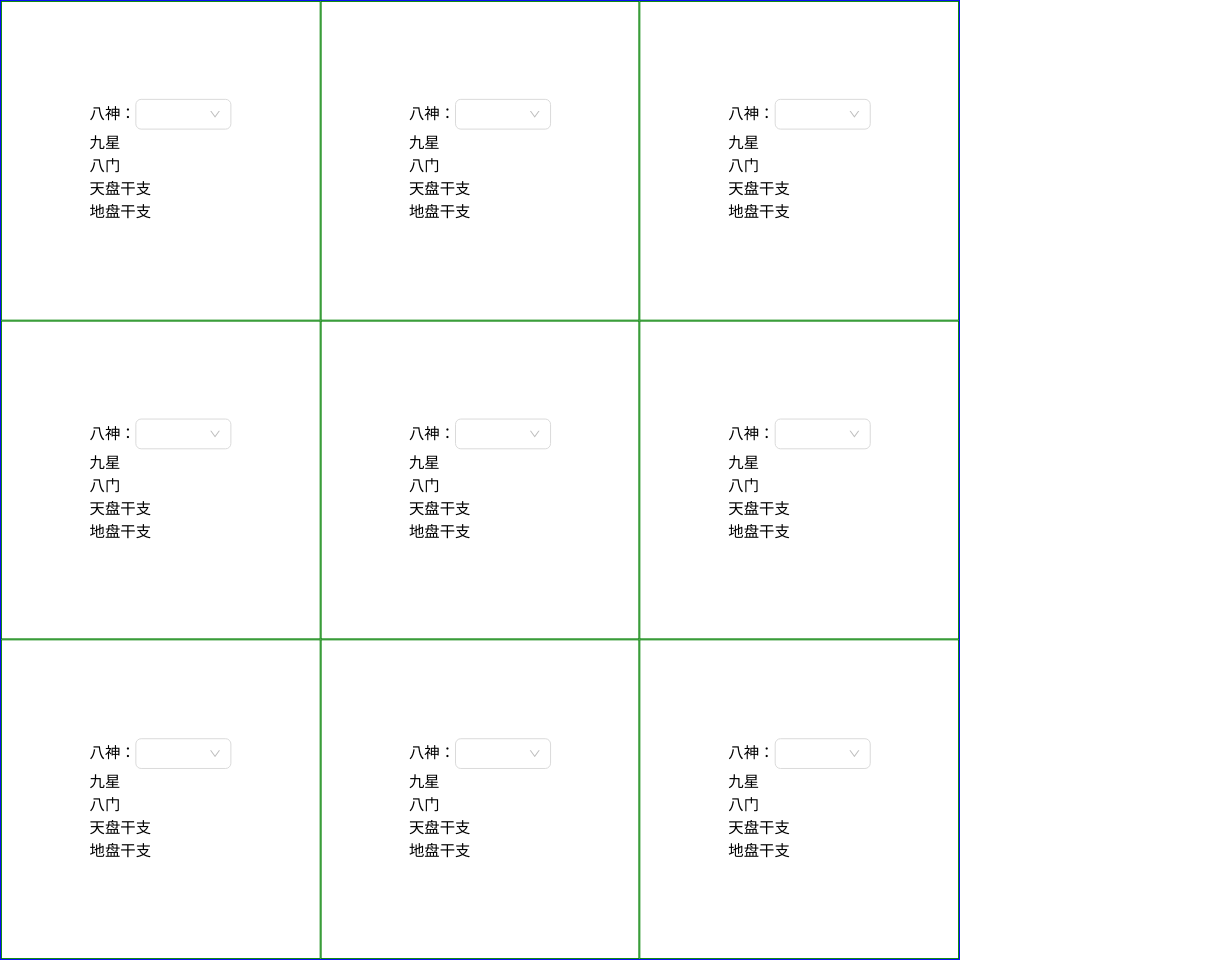
Repository: DaozhangChen/qiMen
Page: /
These files come from the project's save history. The page is drawn as it stood at one moment and after the next save; the edit follows.
The browser window is 1280 px wide. The pictures show the whole page, at 96% of full size.
The project was rebuilt for these pictures with package versions that can differ from the ones it lists, and the page was loaded fresh each time. Also part of the build but not shown: vite.config.js.

Above is the page before, as saved 2024-04-04 18:26:07.

### src/App.jsx
import Suduku from './compoment/Suduku'

function App() {

  return (
    <>
      <Suduku />
    </>
  )
}

export default App

### src/index.css
* {
  padding: 0;
  margin: 0;
  box-sizing: border-box;
}

ul,
li {
  list-style: none;
}

### src/compoment/Suduku.jsx
import "./Suduku.css"
import EightGod from "./eightGod"

function Suduku() {
    const regionArr = [1, 2, 3, 4, 5, 6, 7, 8, 9]

    return (
        <div className="sudoku-grid">
            {/* 生成九宫格 */}
            {regionArr.map((value) => (
                <div key={`row-${value}`} className="sudoku-row">
                    <li className="suduku-cell">
                        <li className="god">八神：<span><EightGod /></span></li>
                        <li className="star">九星</li>
                        <li className="door">八门</li>
                        <li className="upStem">天盘干支</li>
                        <li className="downStem">地盘干支</li>
                    </li>
                </div>
            ))}
        </div>
    )
}
export default Suduku

### src/compoment/Suduku.css
.sudoku-grid {
    border: 1px solid blue;
    width: 1000px;
    height: 1000px;
    display: grid;
    grid-template-columns: repeat(3, 1fr);
    grid-template-rows: repeat(3, 1fr);

}

.sudoku-row {
    display: flex;
    border: 1px solid green;
    align-items: center;
    justify-content: center;
}

### src/compoment/eightGod.jsx
import { Select } from "antd";

const EightGod = () => {
    const godArr = ["值符", "腾蛇", "太阴", "六合", "白虎", "玄武", "九地", "九天"]
    const option = godArr.map((value) => {
        const obj = {}
        obj.value = value
        obj.label = value
        return obj
    })
    return (
        <>
            <Select style={{ width: 100 }} options={option} />
        </>
    )
}

export default EightGod

Loaded but not shown: index.html (common file); src/main.jsx (common file)

After the next save:
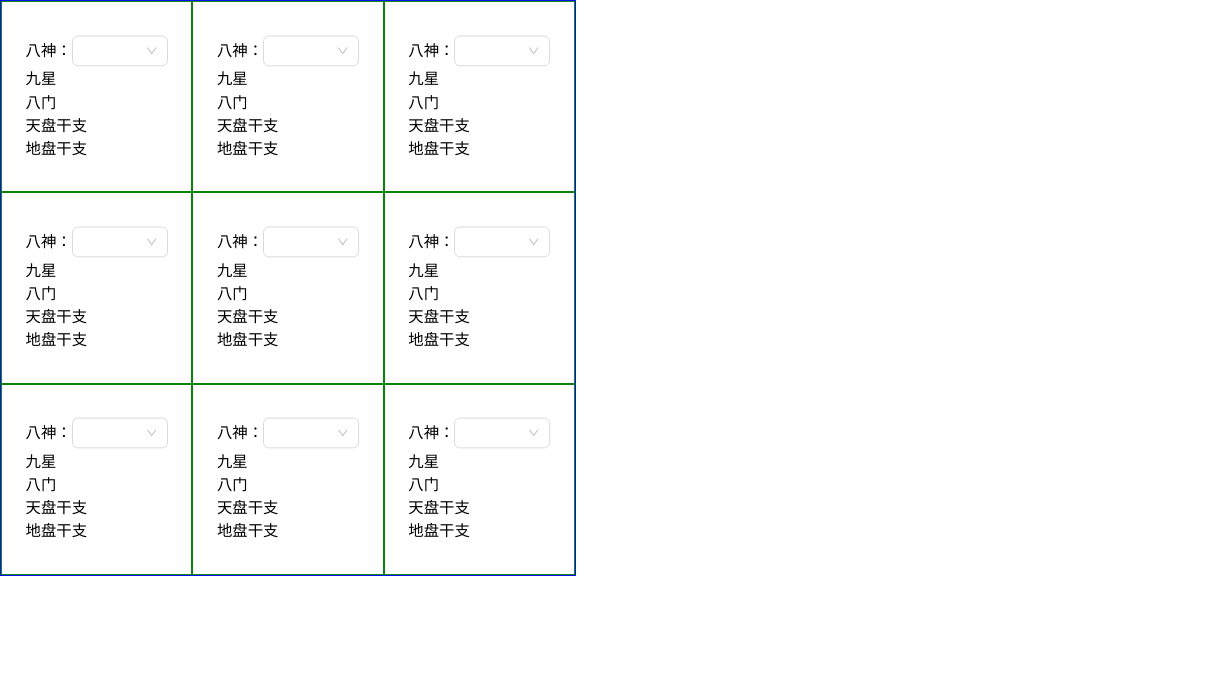
Saved 15 s later.
--- a/src/compoment/Suduku.css
+++ b/src/compoment/Suduku.css
@@ -1,7 +1,7 @@
 .sudoku-grid {
     border: 1px solid blue;
-    width: 1000px;
-    height: 1000px;
+    width: 600px;
+    height: 600px;
     display: grid;
     grid-template-columns: repeat(3, 1fr);
     grid-template-rows: repeat(3, 1fr);
